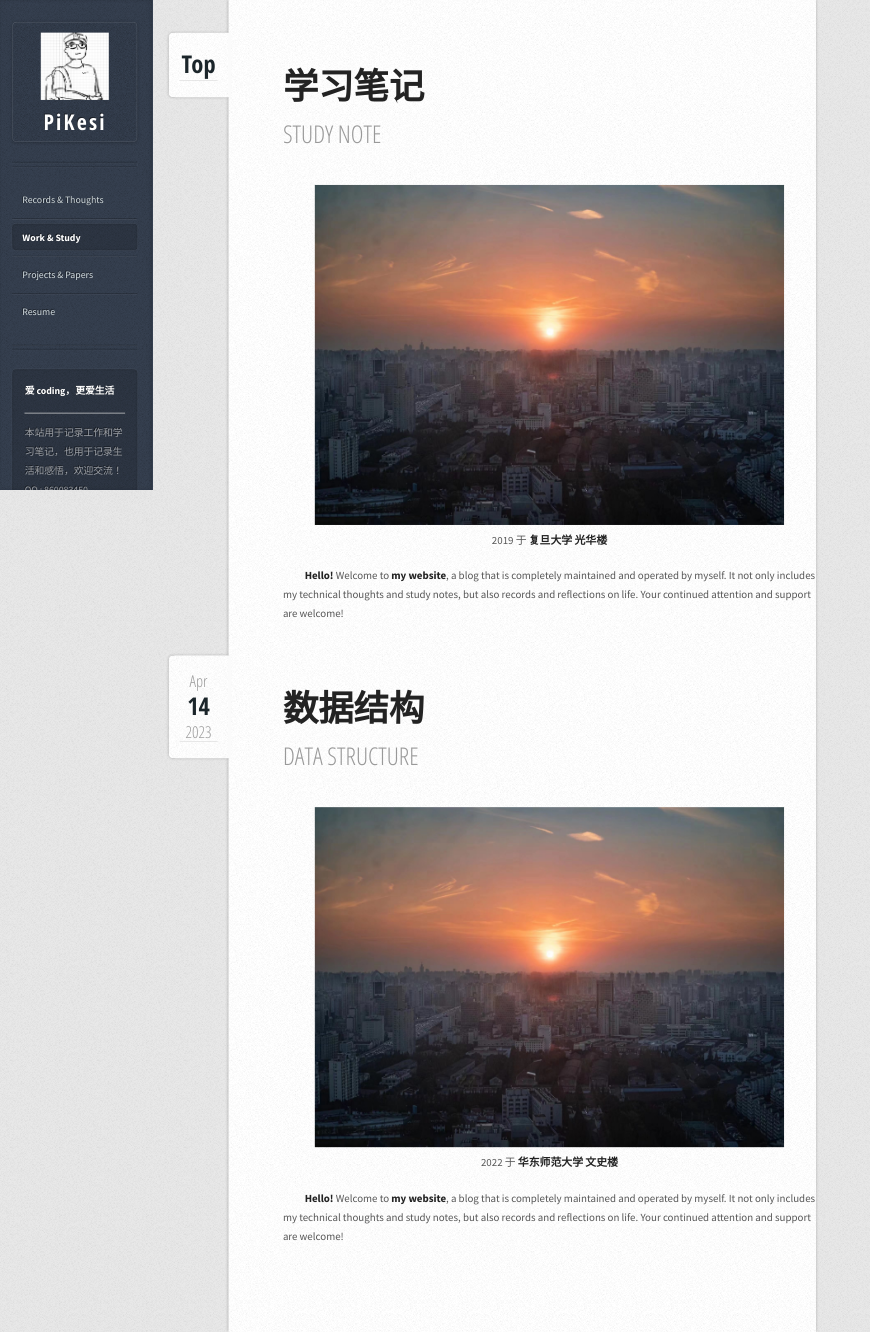
Repository: PiKesi522/PiKesi522.github.io
Page: note.html
These files come from the project's save history. The page is drawn as it stood at one moment and after the next save; the edit follows.
The browser window is 1280 px wide. The pictures show the whole page, at 68% of full size.

Above is the page before, as saved 2023-04-11 01:44:02.

After the next save:
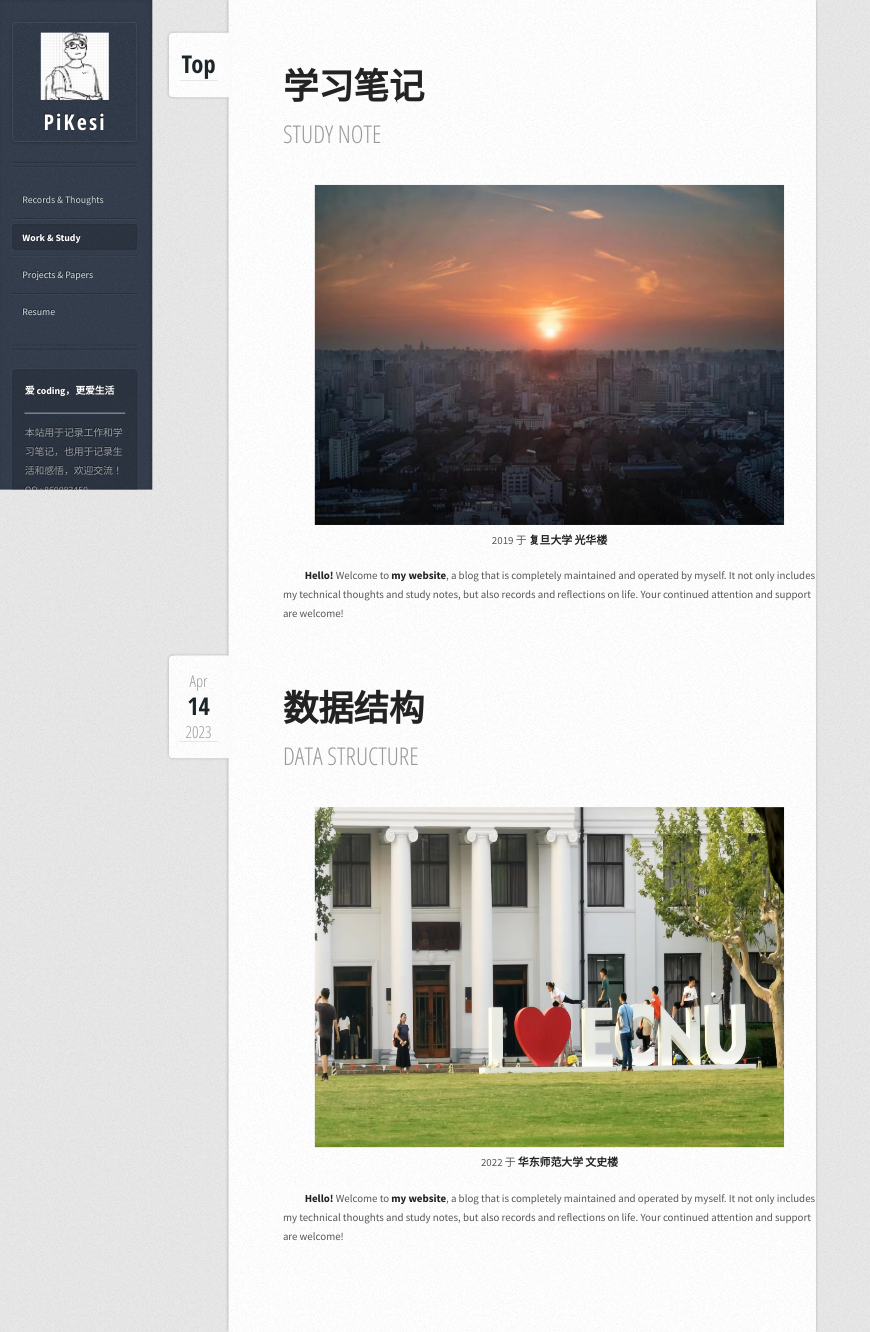
Saved 12 s later.
--- a/note.html
+++ b/note.html
@@ -71,8 +71,8 @@
 					</span>
 
 				</div>
-				<a href="markdown/FirstBlog/main.md" class="image featured">
-					<img width="1000px" height="500px" src="markdown/FirstBlog/head.jpg" alt="" />
+				<a href="markdown/DataStucture/main.md" class="image featured">
+					<img width="1000px" height="500px" src="markdown/DataStucture/head.jpg" alt="" />
 				</a>
 				<div style="text-align: center; margin: 0 0 1.5em 0;">2022 于 <strong>华东师范大学 文史楼</strong></div>
 				<div style=" text-indent:2em">
